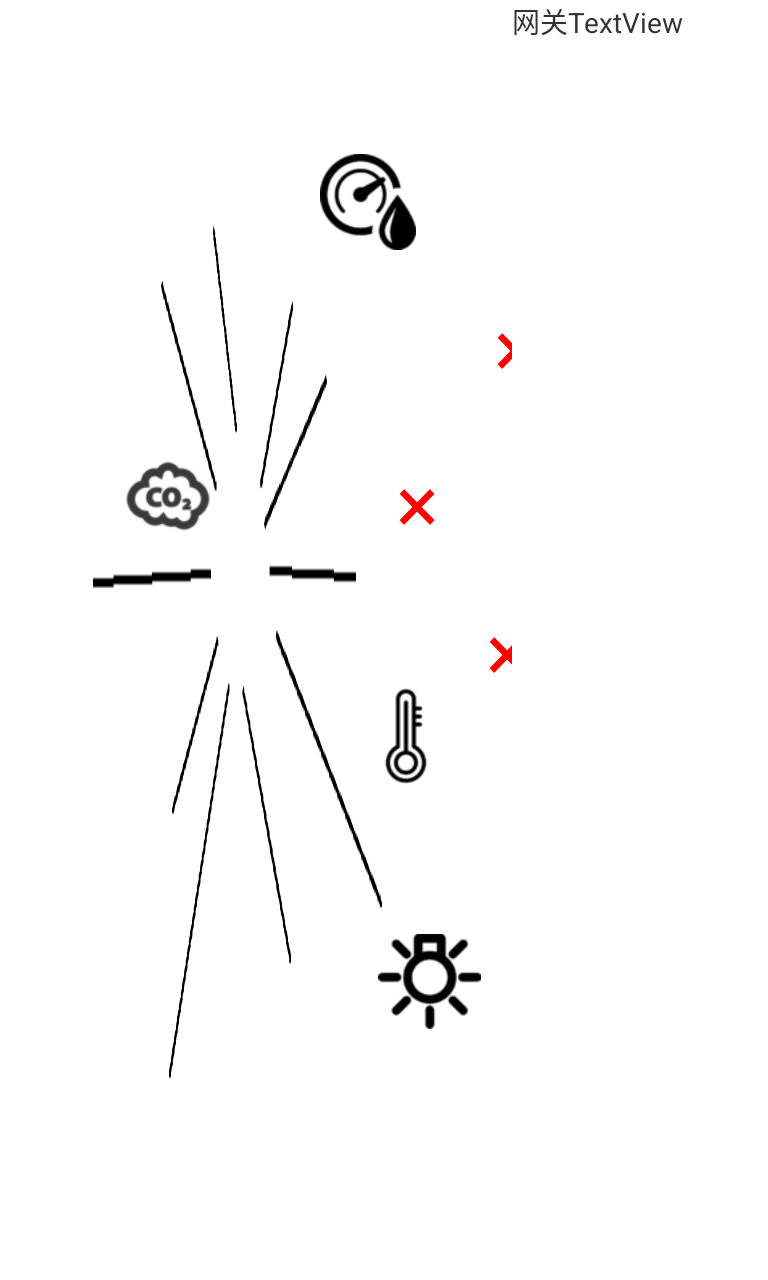
Repository: HuaAndLi/guosai2019-android-code
Layout: 国赛Android代码最优代码/A/SmartHome/res/layout/activity_conn.xml
The author's editor kept a copy of each file at every save. The layout is drawn from the files as they stood at one save, then again after the next save.
It is drawn on a 768 x 1280 px phone screen (xhdpi) without system bars, with theme android:Theme.Holo.Light.NoActionBar.Fullscreen; the app's code is not run.

Above is the layout before, as saved 2019-05-13 10:11:51.

After the next save:
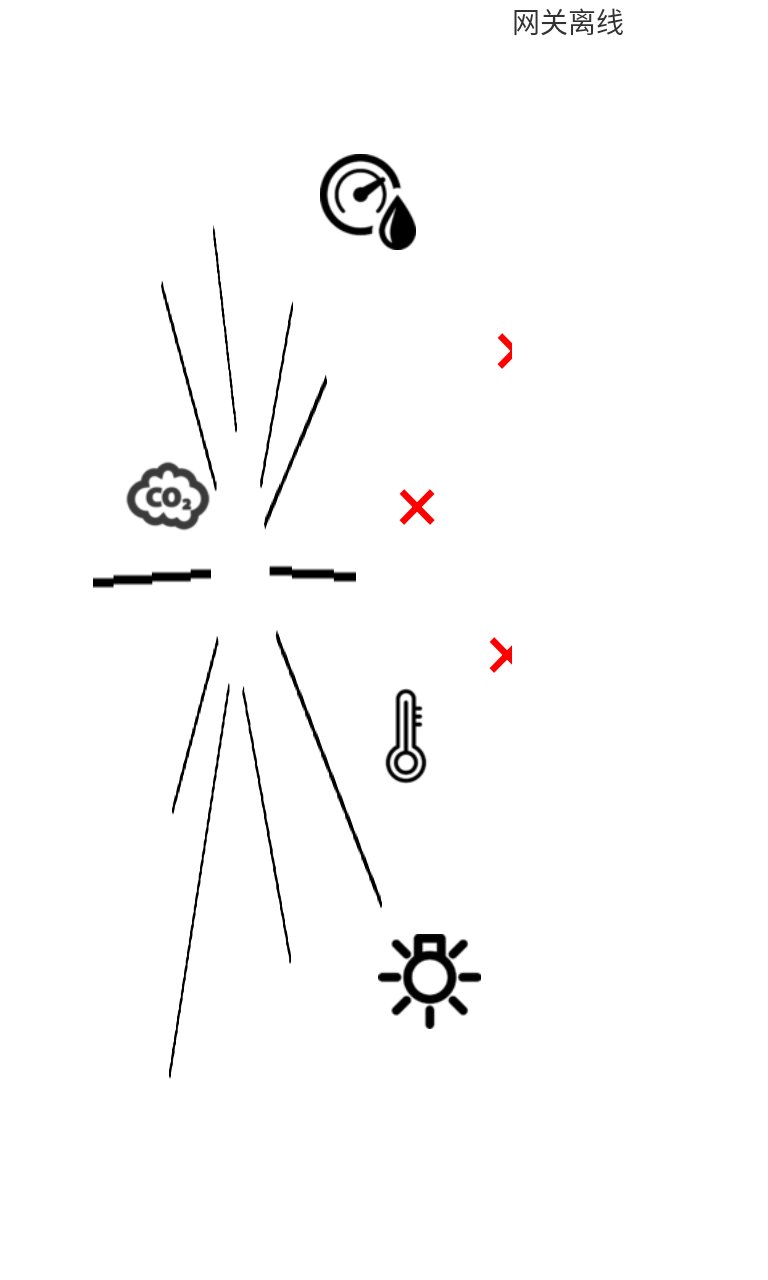
Saved 5 s later.
--- a/国赛Android代码最优代码/A/SmartHome/res/layout/activity_conn.xml
+++ b/国赛Android代码最优代码/A/SmartHome/res/layout/activity_conn.xml
@@ -210,7 +210,7 @@
                 android:id="@+id/tv1"
                 android:layout_width="wrap_content"
                 android:layout_height="wrap_content"
-                android:text="TextView" />
+                android:text="离线" />
         </LinearLayout>
     </LinearLayout>
 
